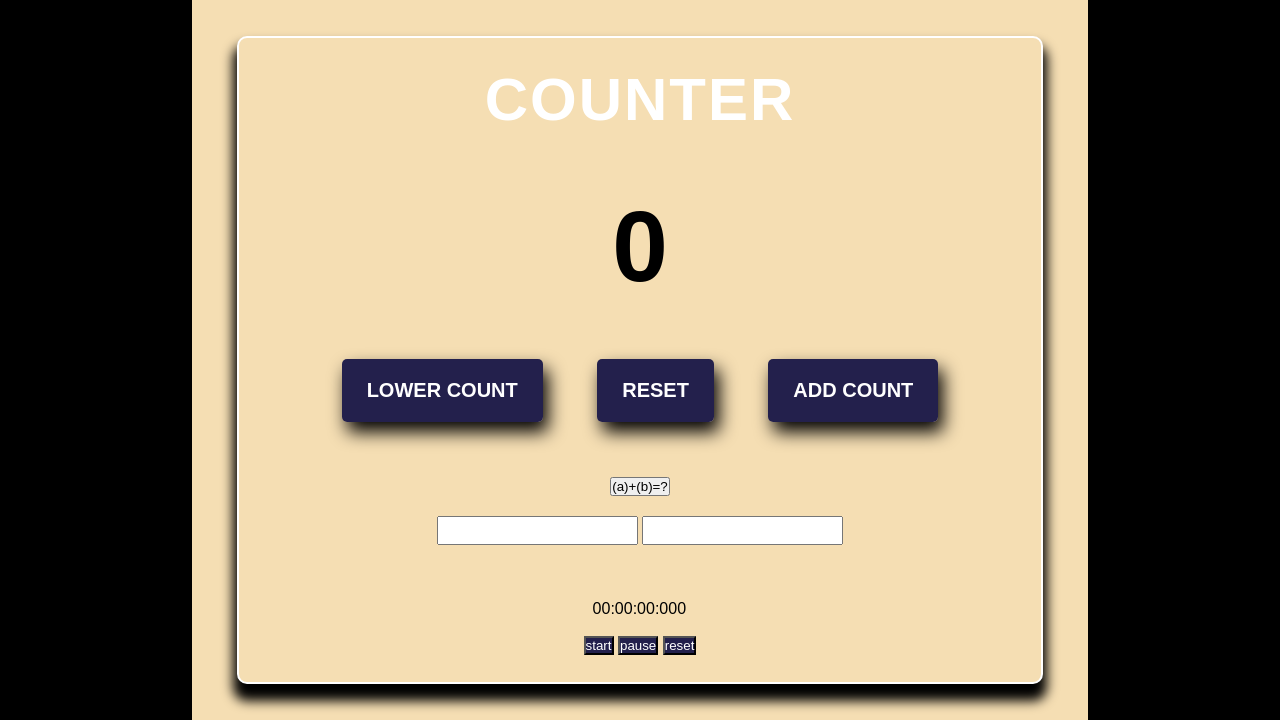
Repository: Seryozha02/Calculator
Page: calculator.html
The author's editor kept a copy of each file at every save. The page is drawn from the files as they stood at one save, then again after the next save.
The browser window is 1280 px wide. The pictures show the whole page.

Above is the page before, as saved 2022-02-15 13:19:09.

After the next save:
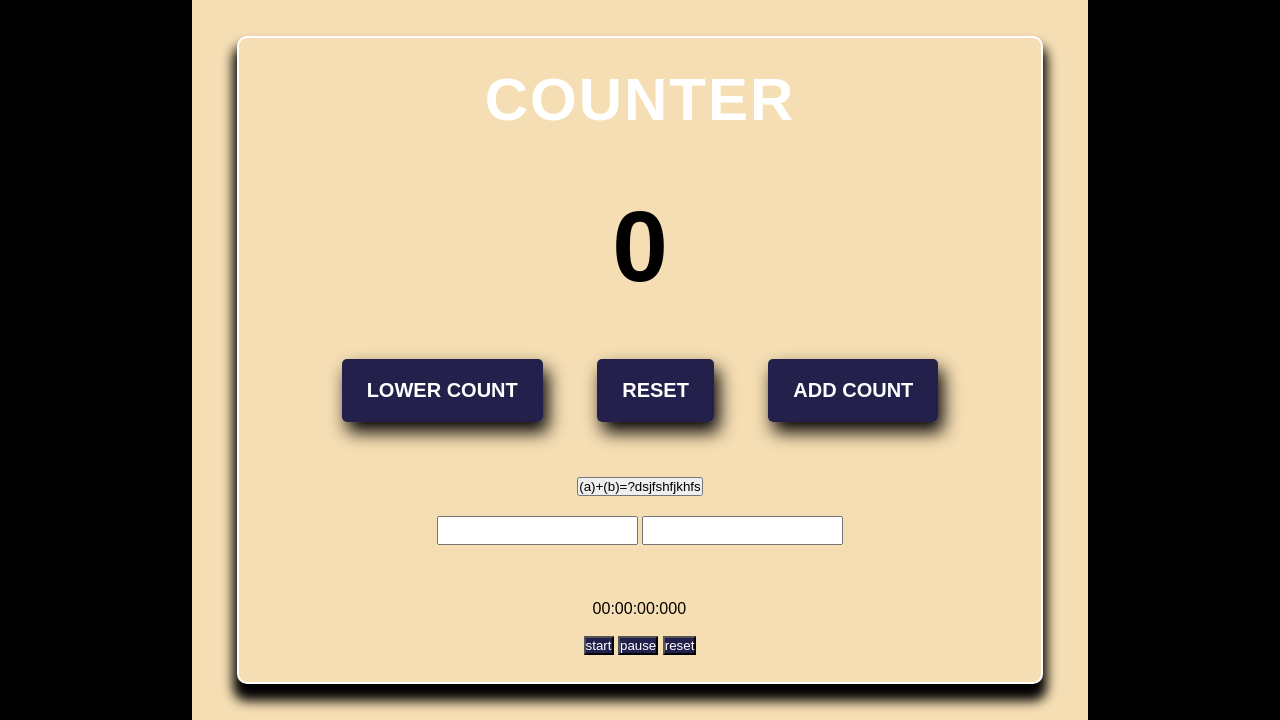
Saved 5 s later.
--- a/calculator.html
+++ b/calculator.html
@@ -23,7 +23,7 @@
                     <button class="rightButton">ADD COUNT</button>
                 </div>
                 <div class="addABParent">
-                    <button class="addAB">(a)+(b)=?</button>
+                    <button class="addAB">(a)+(b)=?dsjfshfjkhfs</button>
                     <input type="number" id="inputNum1"><span class="plyus"></span>
                     <input type="number" id="inputNum2"><span class="equals"></span>
                     <span id="valueOfSum"></span>
